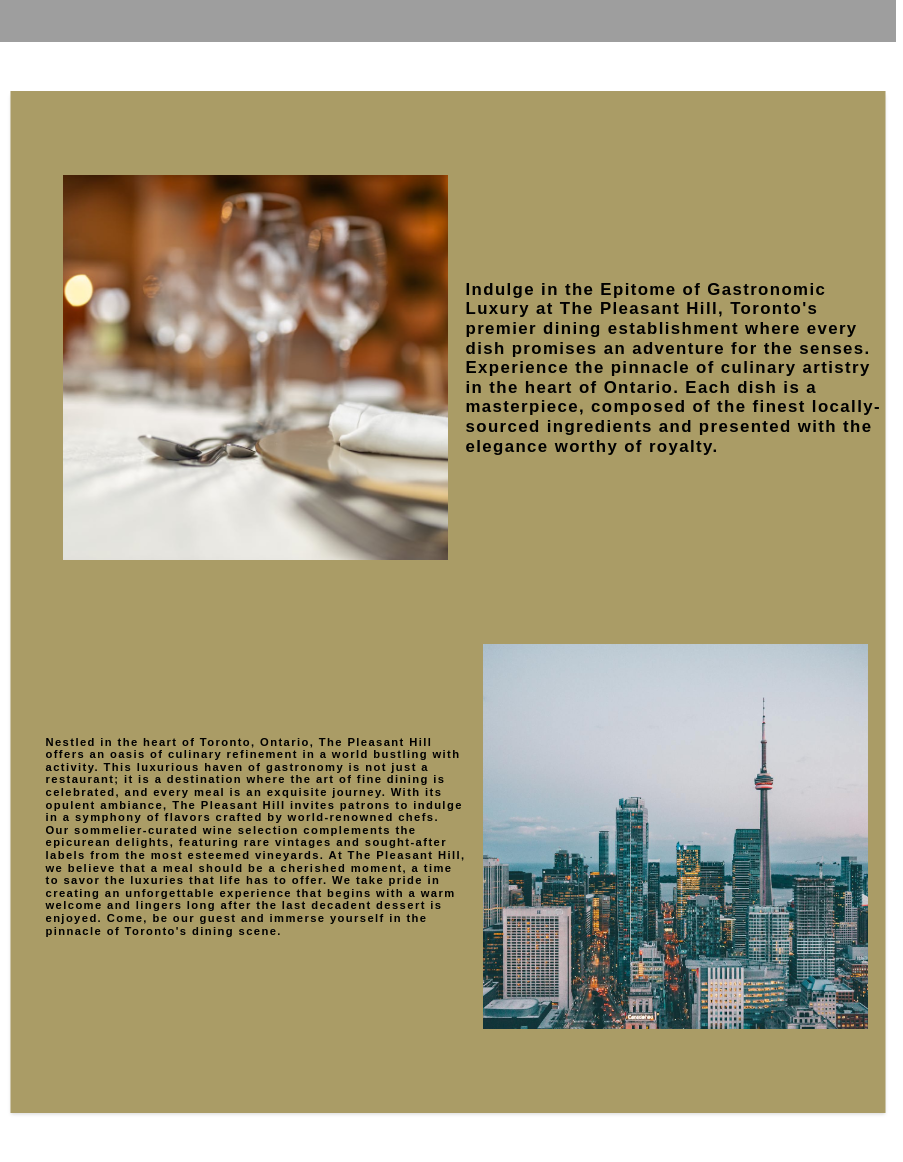
Repository: shayanabedi98/pleasant-hill-restaurant
Page: /
The author's editor kept a copy of each file at every save. The page is drawn from the files as they stood at one save, then again after a run of saves.
The browser window is 1280 px wide. The page is 1290 px wide, so the pictures cover 1290 px, including what lies to the right of the window. The pictures show the part of the page from y = 920 to 2800 px (the page is 2580 px tall before and 3052 px after), at 70% of full size.
Pictures or frames that could not be fetched are drawn as grey boxes. Backgrounds fixed to the window are drawn as part of the page. Some web fonts or font styles are not loaded; a fallback is used. The project was rebuilt for these pictures with package versions that can differ from the ones it lists, and the page was loaded fresh each time. Also part of the build but not shown: vite.config.js, src/components/Contact.jsx, src/components/MenuList.jsx, src/components/Appetizers.jsx, src/components/Entrees.jsx, src/components/Desserts.jsx, src/components/Drinks.jsx, src/components/Menu.jsx and 1 more.

Above is the page before, as saved 2023-12-27 19:03:25.

### index.html
<!doctype html>
<html lang="en">
  <head>
    <meta charset="UTF-8" />
    <link rel="icon" type="image/svg+xml" href="/vite.svg" />
    <meta name="viewport" content="width=device-width, initial-scale=1.0" />
    <link rel="preconnect" href="https://fonts.googleapis.com">
    <link rel="preconnect" href="https://fonts.gstatic.com" crossorigin>
    <link href="https://fonts.googleapis.com/css2?family=Italiana&display=swap" rel="stylesheet">
    <title></title>
  </head>
  <body>
    <div id="root"></div>
    <script type="module" src="/src/main.jsx"></script>
  </body>
</html>

### src/App.jsx
import { useState } from "react";
import Contact from "./components/Contact";
import Home from "./components/Home";
import Menu from "./components/Menu";
import Navbar from "./components/Navbar";
import "./App.css";

function App() {
  const [activeDiv, setActiveDiv] = useState({
    home: true,
    menu: false,
    contact: false,
  });

  const renderDiv = (clickedItem) => {
    setActiveDiv({
      home: clickedItem === 'home',
      menu: clickedItem === 'menu',
      contact: clickedItem === 'contact'
    })
  }

  return (
    <>
      <Navbar onClick={renderDiv} />
      {activeDiv.home && <Home />}
      {activeDiv.menu && <Menu />}
      {activeDiv.contact && <Contact />}
    </>
  );
}

export default App;

### src/components/Home.jsx
import React from 'react'
import aboutImg from '../assets/about.jpg'
import toronto from '../assets/toronto.jpg'
import '../assets/banner.jpg'

const Home = () => {
  return (
    <div className='home'>
      <div className='banner-content'>
        <h1>Dine in luxury at The Pleasant Hill</h1>
        <div className='banner-buttons'>
          <button>View Menu</button>
          <button>Book Reservation</button>
        </div>
      </div>
      <div className="about">
        <div className='about1'>
          <img src={aboutImg} alt="zoomed in picture of a dining table with utensils" />
          <h2>Indulge in the Epitome of Gastronomic Luxury at The Pleasant Hill, Toronto's premier dining establishment where every dish promises an adventure for the senses. Experience the pinnacle of culinary artistry in the heart of Ontario. Each dish is a masterpiece, composed of the finest locally-sourced ingredients and presented with the elegance worthy of royalty.</h2>
        </div>

        <div className="about2">
          <p>Nestled in the heart of Toronto, Ontario, The Pleasant Hill offers an oasis of culinary refinement in a world bustling with activity. This luxurious haven of gastronomy is not just a restaurant; it is a destination where the art of fine dining is celebrated, and every meal is an exquisite journey. With its opulent ambiance, The Pleasant Hill invites patrons to indulge in a symphony of flavors crafted by world-renowned chefs. Our sommelier-curated wine selection complements the epicurean delights, featuring rare vintages and sought-after labels from the most esteemed vineyards. At The Pleasant Hill, we believe that a meal should be a cherished moment, a time to savor the luxuries that life has to offer. We take pride in creating an unforgettable experience that begins with a warm welcome and lingers long after the last decadent dessert is enjoyed. Come, be our guest and immerse yourself in the pinnacle of Toronto's dining scene.</p>
          <img src={toronto} alt="Toronto skyline" />
        </div>
      </div>
    </div>
  )
}

export default Home

### src/components/Navbar.jsx
import React from "react";
import logo from "../assets/logo2.png";

const Navbar = ({ onClick }) => {
  return (
    <div className="navbar">
      <img src={logo} alt="" />
      <ul>
        <li onClick={() => onClick("home")}>Home</li>
        <li onClick={() => onClick("menu")}>Menu</li>
        <li onClick={() => onClick("contact")}>Contact</li>
      </ul>
    </div>
  );
};

export default Navbar;

### src/App.css


* {
  font-family: 'Italiana', sans-serif;
  font-weight: 600;
  letter-spacing: 2px;
}

body {
  padding: 0px;
  margin: 0px;
}

.contact, .menu {
  margin-top: 180px;
}

.navbar {
  background-color: black;
  display: grid;
  grid-template-columns: 1fr 1fr;
  place-items: center;
  align-content: center;
  height: 120px;
  box-shadow: rgba(0, 0, 0, 0.24) 0px 3px 8px;
  z-index: 2;
  position: fixed;
  width: 100%;
  top: 0;
}

.navbar ul li {
  list-style: none;
  font-size: 24px;
  text-align: center;
  color: rgb(245, 245, 232);
  background-color: black;
}

.navbar ul {
  display: grid;
  width: 70%;
  grid-template-columns: 1fr 1fr 1fr;
  padding: 0px;
  margin: 0px;

}

.navbar ul li:hover {
  cursor: pointer;
  background-color: #aa9c66;
}

.banner-content {
  background: url('./assets/banner.jpg');
  background-attachment: fixed;
  height: 980px;
  display: grid;
  place-items: center;
}

.banner-content h1 {
  position: relative;
  top: 200px;
  font-size: 70px;
  color: #ffffff;
}

.banner-buttons {
  position: relative;
  top: -150px;
  display: grid;
  grid-template-columns: 1fr 1fr;
  gap: 50px;
}

.banner-buttons button {
  width: 170px;
  height: 70px;
  font-size: 20px;
  border: none;
  background-color: #aa9c66;
  color: #ffffff;
  cursor: pointer;
  box-shadow: rgba(50, 50, 93, 0.25) 0px 13px 27px -5px, rgba(0, 0, 0, 0.3) 0px 8px 16px -8px;
}

.about {
  box-shadow: rgba(0, 0, 0, 0.1) 0px 4px 6px -1px, rgba(0, 0, 0, 0.06) 0px 2px 4px -1px;
  width: 1200px;
  margin: 70px auto;
  padding: 25px;
  text-align: start;
  background-color: #aa9c66;
}

.about1, .about2 {
  display: grid;
  grid-template-columns: 1fr 1fr;
  place-items: center;
  width: 1200px;
  margin: 70px auto;
  padding: 25px;
}

.about img {
  height: 550px;
  width: 550px;
  object-fit: cover;
}

.card-container {
  display: grid;
  gap: 20px;
  grid-template-columns: repeat(3, 1fr);
  place-items: center;
  color: #aa9c66;
  width: 1200px;
  margin: auto;
}

.menu-imgs {
  width: 300px;
  margin: 30px 30px 30px 30px;
  border-radius: 5%;
}

.menu-desc {
  text-align: center;
  font-weight: 600;
  padding-left: 20px;
  padding-right: 20px
}

.menu-names {
  font-size: 25px;
  text-decoration: underline;
  color: rgb(158, 152, 96);
}

.card {
  width: 370px;
  min-height: 400px;
  cursor: pointer;
  box-shadow: 0 13px 27px -5px hsla(240, 30.1%, 28%, 0.25), 0 8px 16px -8px hsla(0, 0%, 0%, 0.3), 0 -6px 16px -6px hsla(0, 0%, 0%, 0.03);
  transition: all ease 200ms;
  display: grid;
  place-items: center;
  grid-template-rows: 1fr 0.3fr 0.3fr;
  background-color: black;
  border-radius: 1rem;
  overflow: hidden;

}

.card:hover {
  cursor: pointer;
  transform: scale(1.03);
  box-shadow: 0 13px 40px -5px hsla(240, 30.1%, 28%, 0.12), 0 8px 32px -8px hsla(0, 0%, 0%, 0.14), 0 -6px 32px -6px hsla(0, 0%, 0%, 0.02);
}


.menu-desc, .menu-names {
  background-color: black;
}

.menu h2 {
  text-align: center;
  font-size: 35px;
  margin: 60px 0 60px 0;

}

.menu h1 {
  text-align: center;
  font-size: 40px;

}

.menu-top-p {
  text-align: center;
  font-size: 23px;
  width: 1200px;
  margin: 70px auto;
}


.contact h1 {
  text-align: center;
  width: 1200px;
  font-size: 45px;
  margin: 70px auto;
  text-decoration: underline;

}

.contact h2 {
  text-align: center;
  margin: 1px auto;
  width: 1200px;
}

.contact h3 {
  text-align: center;
  margin: 40px auto;
}

.iframe-div {
  margin: 50px auto;
  display: flex;
  justify-content: center;
  align-items: center;
}

Loaded but not shown: src/main.jsx (common file)

After the next 2 saves:
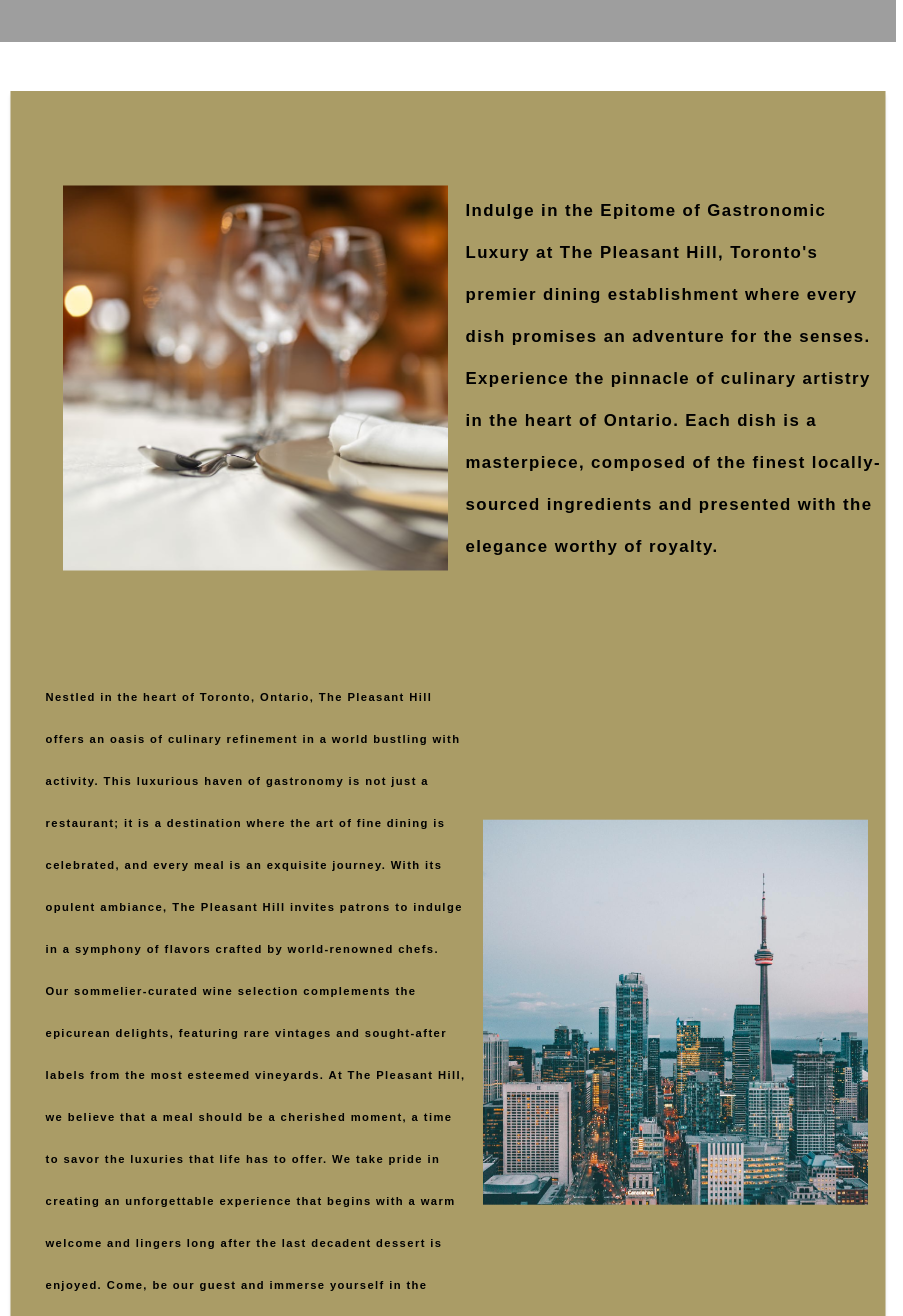
The 2 saves are shown as one change because they came seconds apart.
The last was saved 15 s later.
--- a/src/App.css
+++ b/src/App.css
@@ -101,6 +101,7 @@ body {
   width: 1200px;
   margin: 70px auto;
   padding: 25px;
+  line-height: 60px;
 }
 
 .about img {
